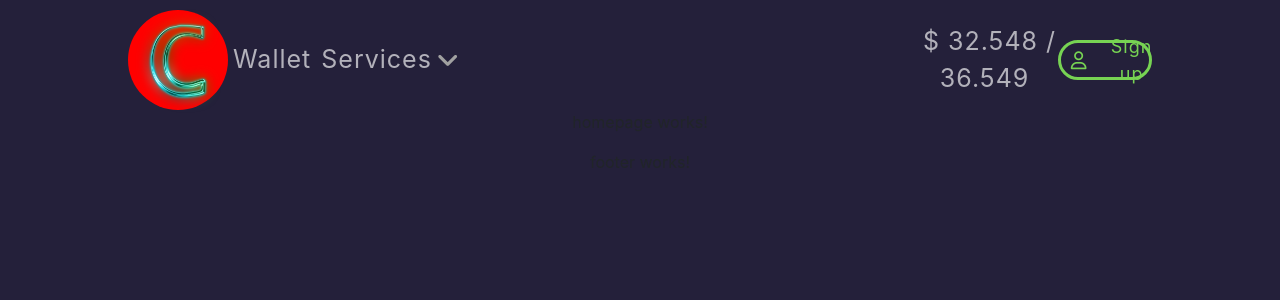
Repository: YuriyBen/Corzbank
Page: / (app in Corzbank.Web/ClientApp/)
The author's editor kept a copy of each file at every save. The page is drawn from the files as they stood at one save, then again after the next save.
The browser window is 1280 px wide. The pictures show the whole page.
Some web libraries are served in a nearby version. The project was rebuilt for these pictures with package versions that can differ from the ones it lists, and the page was loaded fresh each time. Also part of the build but not shown: Corzbank.Web/ClientApp/angular.json.

Above is the page before, as saved 2022-05-19 23:25:54.

### Corzbank.Web/ClientApp/src/index.html
<!DOCTYPE html>
<html lang="en">
  <head>
    <meta charset="utf-8" />
    <title>Corzbank.Web</title>
    <base href="/" />

    <meta name="viewport" content="width=device-width, initial-scale=1" />
    <link rel="icon" type="image/x-icon" href="favicon.ico" />

    <script src="https://kit.fontawesome.com/61ebb60581.js" crossorigin="anonymous"></script>
  </head>
  <body>
    <app-root>Loading...</app-root>
  </body>
</html>

### Corzbank.Web/ClientApp/src/styles.css
/* You can add global styles to this file, and also import other style files */

/* Provide sufficient contrast against white background */
a {
  color: #0366d6;
}

code {
  color: #e01a76;
}

.btn-primary {
  color: #fff;
  background-color: #1b6ec2;
  border-color: #1861ac;
}
body{
  display: block;
  text-align: -webkit-center;
  background-color: #24203A;
}
.main{
 /* background-color: red; */
  padding: 0;
  width: 85%;
}

### Corzbank.Web/ClientApp/src/app/app.module.ts
import { BrowserModule } from '@angular/platform-browser';
import { NgModule } from '@angular/core';
import { FormsModule } from '@angular/forms';
import { HttpClientModule, HTTP_INTERCEPTORS } from '@angular/common/http';
import { RouterModule } from '@angular/router';

import { AppComponent } from './app.component';
import { HomepageComponent } from './homepage/homepage.component';
import { HeaderComponent } from './header/header.component';
import { FooterComponent } from './footer/footer.component';

@NgModule({
  declarations: [
    AppComponent,
    HomepageComponent,
    HeaderComponent,
    FooterComponent
  ],
  imports: [
    BrowserModule.withServerTransition({ appId: 'ng-cli-universal' }),
    HttpClientModule,
    FormsModule,
    RouterModule.forRoot([
      { path: '', component: HomepageComponent, pathMatch: 'full' },
    ])
  ],
  providers: [],
  bootstrap: [AppComponent]
})
export class AppModule { }

### Corzbank.Web/ClientApp/src/app/app.component.html
<body>
  <app-header></app-header>
  <div class="container">
    <router-outlet></router-outlet>
  </div>
  <app-footer></app-footer>
</body>

### Corzbank.Web/ClientApp/src/app/homepage/homepage.component.html
<p>homepage works!</p>

### Corzbank.Web/ClientApp/src/app/header/header.component.html
<div class="navbar">
    <div class="left-block">
        <div class="logo">
            <img src="assets/photos/logo.png" alt="logo">
        </div>
        <span>Wallet</span>
        <div class="services">
            <span>Services</span>
            <i class="fa fa-angle-down"></i>
        </div>
    </div>
    <div class="right-block">
        <div class="exchange">
            <span>$ 32.548 / 36.549</span>
        </div>
        <div class="account">
            <i class="far fa-user"></i>
            <p>Sign up</p>
        </div>
    </div>
</div>

### Corzbank.Web/ClientApp/src/app/header/header.component.scss
*{
    padding: 0;
    margin: 0;
    box-sizing: border-box;
}
.navbar{
    // background-color: green;
    height: 100px;
    display: flex;
    justify-content: space-between;
    align-items: center;
    font-size: 25px;
    letter-spacing: 1px;
    width: 80%;
    margin-top: 10px;
}
.left-block , .right-block{
    display: flex;
    justify-content: space-between;
    width: 23%;
    align-items: baseline;
    align-items: center;
}
.left-block .logo{
    background-color: red;
    border-radius: 50px;
}
.navbar span{
    color: white;
    opacity: 65%;
    padding: 0 5px;
}
.left-block img {
    width: 100px;
    transform: scale(1.3);
}
.left-block .services{
    display: flex;
    width: 140px;
    justify-content: space-between;
    align-items: center;
}
.right-block .account{
    display: -webkit-inline-box;
    width: 140px;
    height: 40px;
    -webkit-box-align: center;
    border-radius: 32px;
    background: transparent;
    border: 3px solid #77D353;
    padding: 0 10px;
    -webkit-box-pack: center;
    font-size: 18px;

}
.account p, .far{
    color: #77D353;
}
.services i{
    color: #a1a1a1;
}
.account .far{
    margin-right: 10px;
}

Loaded but not shown: Corzbank.Web/ClientApp/src/main.ts (common file); Corzbank.Web/ClientApp/src/environments/environment.ts (common file); Corzbank.Web/ClientApp/src/app/app.component.ts (common file); Corzbank.Web/ClientApp/src/app/homepage/homepage.component.ts (common file); Corzbank.Web/ClientApp/src/app/header/header.component.ts (common file); Corzbank.Web/ClientApp/src/app/footer/footer.component.ts (common file); Corzbank.Web/ClientApp/src/app/footer/footer.component.html (common file); Corzbank.Web/ClientApp/src/app/footer/footer.component.scss (no stored copy; drawn as an empty file); Corzbank.Web/ClientApp/src/app/homepage/homepage.component.scss (no stored copy; drawn as an empty file)

After the next save:
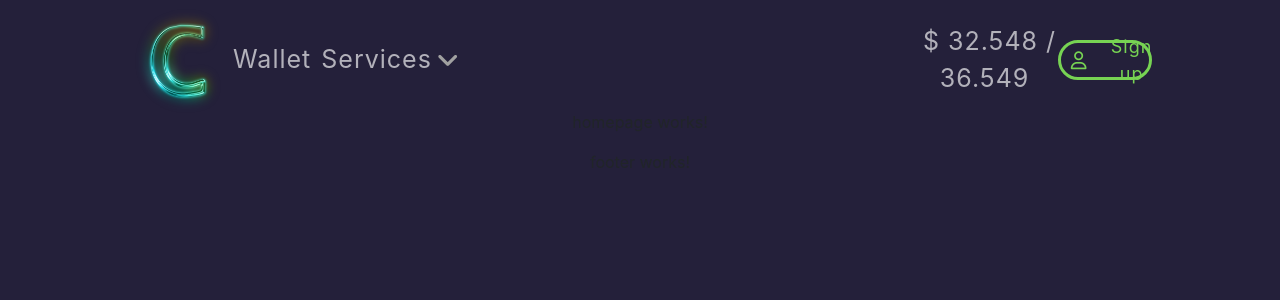
Saved 17 min 17 s later.
--- a/Corzbank.Web/ClientApp/src/app/header/header.component.scss
+++ b/Corzbank.Web/ClientApp/src/app/header/header.component.scss
@@ -22,7 +22,7 @@
     align-items: center;
 }
 .left-block .logo{
-    background-color: red;
+    border: red;
     border-radius: 50px;
 }
 .navbar span{
